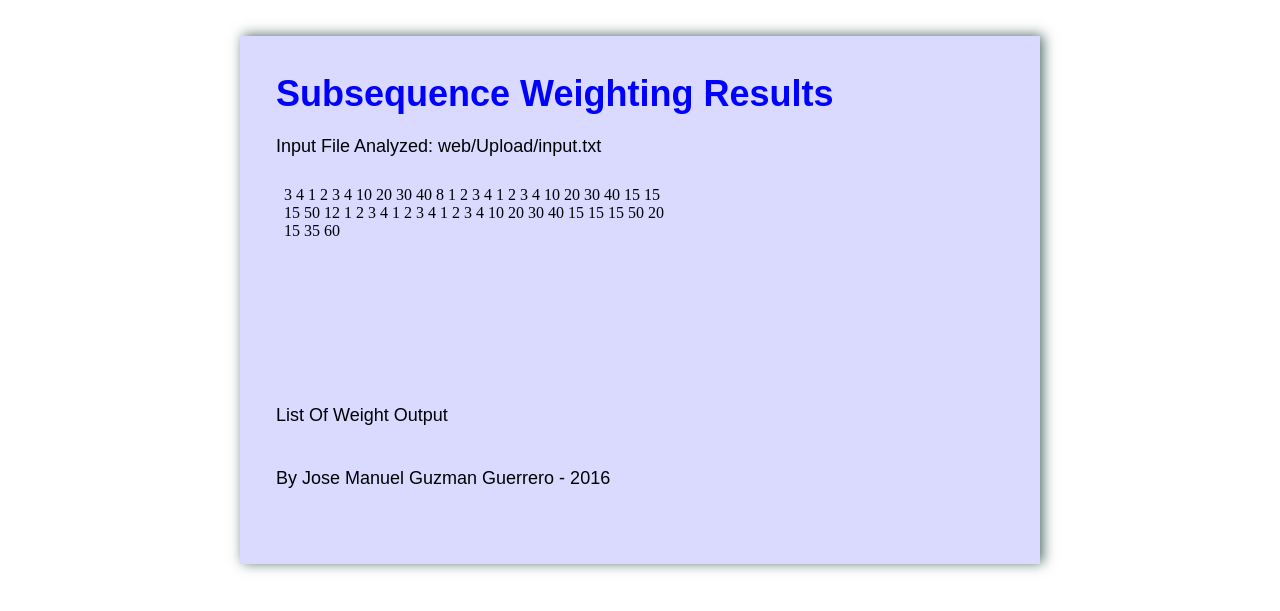
Repository: manolog8/subsequence
Page: src/SW/SubsequenceBundle/Resources/views/SubSequence/index.html.twig
The author's editor kept a record of every edit. The page is drawn from the files as they stood at one moment, then again after the next edit.
The browser window is 1280 px wide. The pictures show the whole page.
The page is a Twig template of a Symfony application; nobody is signed in and links lead nowhere. The template is opened directly, without the code that normally fills it, so the values that code supplies are empty.

Above is the page before.

### src/SW/SubsequenceBundle/Resources/views/SubSequence/index.html.twig
<!DOCTYPE html>
<html>
    <head>
        <meta charset="UTF-8" />
        <title>{% block title %}Subsequence Weighting{% endblock %}</title>
        <link rel="icon" type="image/x-icon" href="{{ asset('favicon.ico') }}" />
    </head>
    <body>
    {% block body %}
    <div id="wrapper">
        <div id="container">
            <h1>Subsequence Weighting Results</h1>
                <div id="welcome">
                     <p>Input File Analyzed: web/Upload/input.txt</p>
                    <object type="text/plain" data='../../../../../../../../web/Upload/input.txt' width="400" height="180"></object>
                </div>
                <div id="welcome">
                    <p>List Of Weight Output</p>
                </div>
                <div id="welcome">
                    <ul>
                    {% for key, weight in weightlist %}
                        <li>{{ key }}: <strong>{{ weight}}</strong></li>
                    {% endfor %}
                    </ul>
                </div>
                <div id="welcome">
                    <p>By Jose Manuel Guzman Guerrero - 2016 </p>
                </div>
        </div>
    </div>
{% endblock %}
{% block stylesheets %}
<style>
    body { background: #FFFFFF; font: 18px/1.5 sans-serif; }
    h1, h2 { line-height: 1.2; margin: 0 0 .5em;color:blue; }
    h1 { font-size: 36px; }
    h2 { font-size: 21px; margin-bottom: 1em; }
    p { margin: 0 0 1em 0; }
    a { color: #0000F0; }
    a:hover { text-decoration: none; }
    strong { color: Red; }
    #wrapper { background: #DAD9FF; margin: 1em auto; max-width: 800px; width: 95%; }
    #container { padding: 2em; box-shadow:  3px -1px 12px 0px rgba(14, 50, 50, 0.72);}
    #welcome, #status { margin-bottom: 2em; }
    #welcome h1 span { display: block; font-size: 75%; }
    #icon-status, #icon-book { float: left; height: 64px; margin-right: 1em; margin-top: -4px; width: 64px; }
    #icon-book { display: none; }

    @media (min-width: 768px) {
        #wrapper { width: 80%; margin: 2em auto; }
        #icon-book { display: inline-block; }
        #status a, #next a { display: block; }
        @-webkit-keyframes fade-in { 0% { opacity: 0; } 100% { opacity: 1; } }
        @keyframes fade-in { 0% { opacity: 0; } 100% { opacity: 1; } }
        .sf-toolbar { opacity: 0; -webkit-animation: fade-in 1s .2s forwards; animation: fade-in 1s .2s forwards;}
    }
</style>
{% endblock %}
</html>

### web/Upload/input.txt
3
4
1 2 3 4
10 20 30 40
8
1 2 3 4 1 2 3 4
10 20 30 40 15 15 15 50
12
1 2 3 4 1 2 3 4 1 2 3 4
10 20 30 40 15 15 15 50 20 15 35 60

After the next edit:
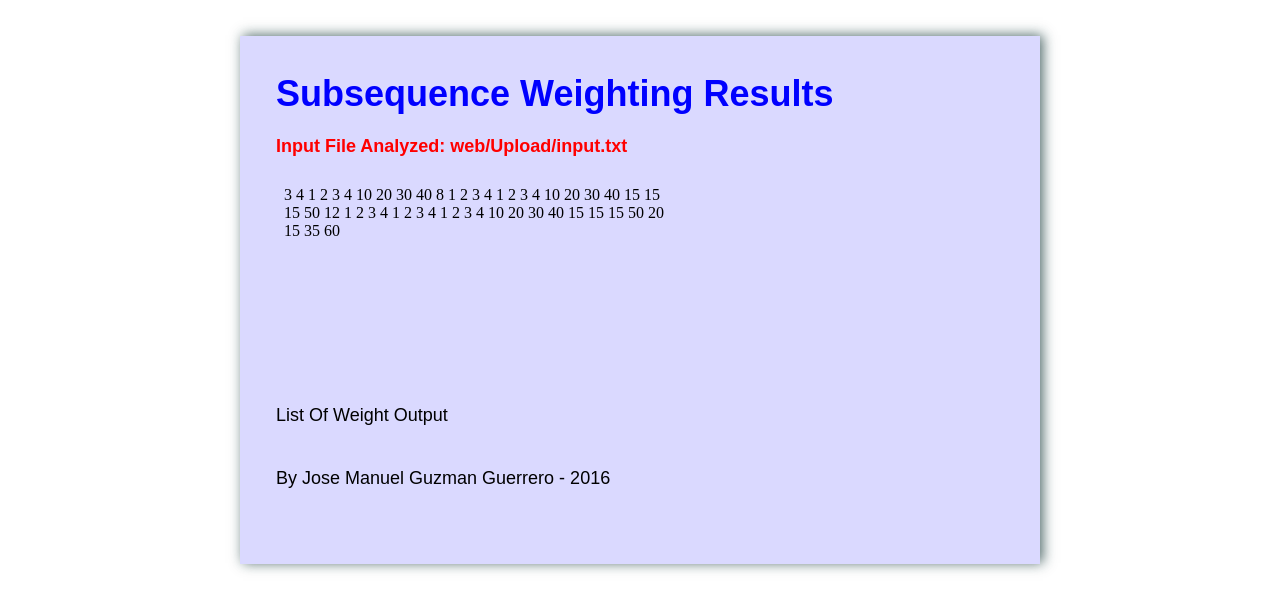
The edit:
--- a/src/SW/SubsequenceBundle/Resources/views/SubSequence/index.html.twig
+++ b/src/SW/SubsequenceBundle/Resources/views/SubSequence/index.html.twig
@@ -11,7 +11,7 @@
         <div id="container">
             <h1>Subsequence Weighting Results</h1>
                 <div id="welcome">
-                     <p>Input File Analyzed: web/Upload/input.txt</p>
+                     <strong><p>Input File Analyzed: web/Upload/input.txt</p></strong>
                     <object type="text/plain" data='../../../../../../../../web/Upload/input.txt' width="400" height="180"></object>
                 </div>
                 <div id="welcome">
